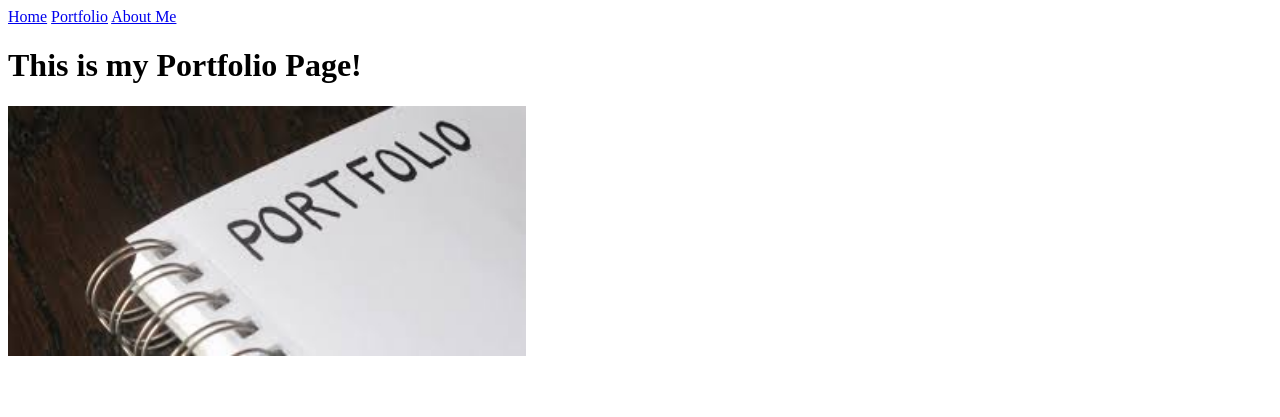
Repository: JReed698/jreed698.github.io
Page: my_website/portfolio.html
The author's editor kept a record of every edit. The page is drawn from the files as they stood at one moment, then again after the next edit.
The browser window is 1280 px wide. The pictures show the whole page.

Above is the page before.

### my_website/portfolio.html
<!doctype html>
	<html lang="en">
	  <head>
	    <meta charset="utf-8">
	    <title>Portfolio</title>
	  </head>
	  <body>
    <a href="index.html">Home</a>
    <a href="portfolio.html">Portfolio</a>
    <a href="aboutme.html">About Me</a>
    <h1>This is my Portfolio Page!</h1>
    <img src="images/portfolio.jpg" height="250">
    <br>
    <a target="_blank" href="https://scratch.mit.edu"
    </a>
	  </body>
	</html>

After the next edit:
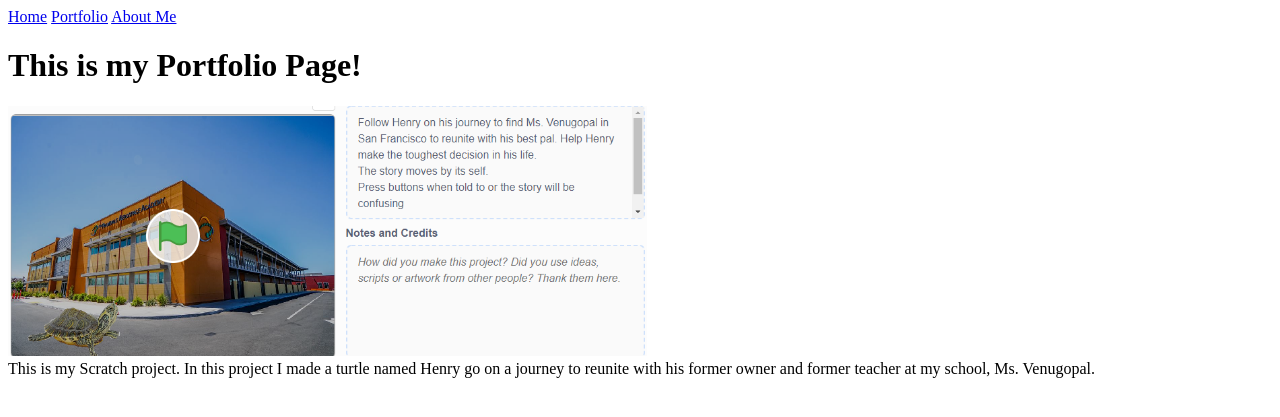
The edit:
--- a/my_website/portfolio.html
+++ b/my_website/portfolio.html
@@ -9,8 +9,8 @@
     <a href="portfolio.html">Portfolio</a>
     <a href="aboutme.html">About Me</a>
     <h1>This is my Portfolio Page!</h1>
-    <img src="images/portfolio.jpg" height="250">
-    <br>
+    <img src="images/Scratch.PNG" height="250">
+    <br> This is my Scratch project. In this project I made a turtle named Henry go on a journey to reunite with his former owner and former teacher at my school, Ms. Venugopal.<br>
     <a target="_blank" href="https://scratch.mit.edu"
     </a>
 	  </body>
